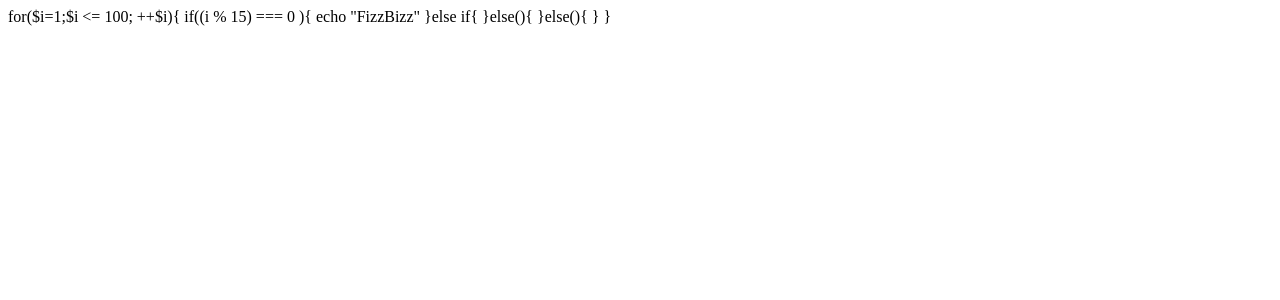
Repository: nuki3ma3/WEBCAMP_PHP_Beginner
Page: http://localhost/FizzBizz.php
The author's editor kept a record of every edit. The page is drawn from the files as they stood at one moment, then again after the next edit.
The browser window is 1280 px wide. The pictures show the whole page.
The page is run by PHP 8.4 with error messages shown; the project is at /var/www/html/.

Above is the page before.

### FizzBizz.php

for($i=1;$i <= 100; ++$i){

if((i % 15) === 0 ){
echo "FizzBizz"

}else if{

}else(){

}else(){

}
}

After the next edit:
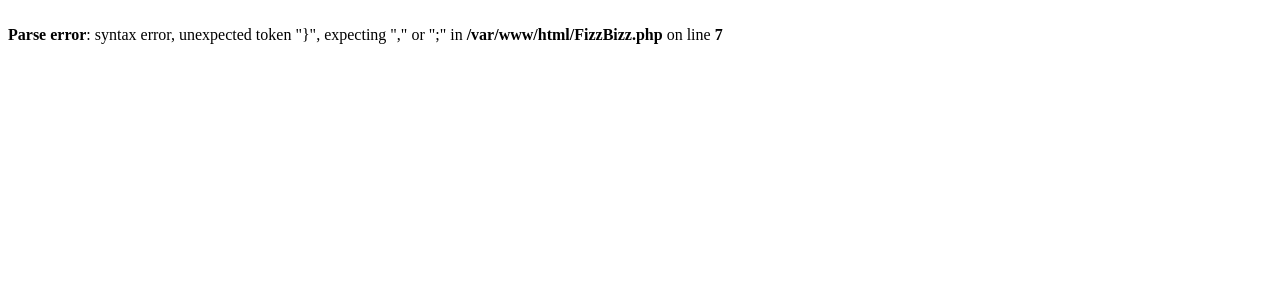
The edit:
--- a/FizzBizz.php
+++ b/FizzBizz.php
@@ -1,4 +1,4 @@
-
+<?php
 for($i=1;$i <= 100; ++$i){
 
 if((i % 15) === 0 ){
